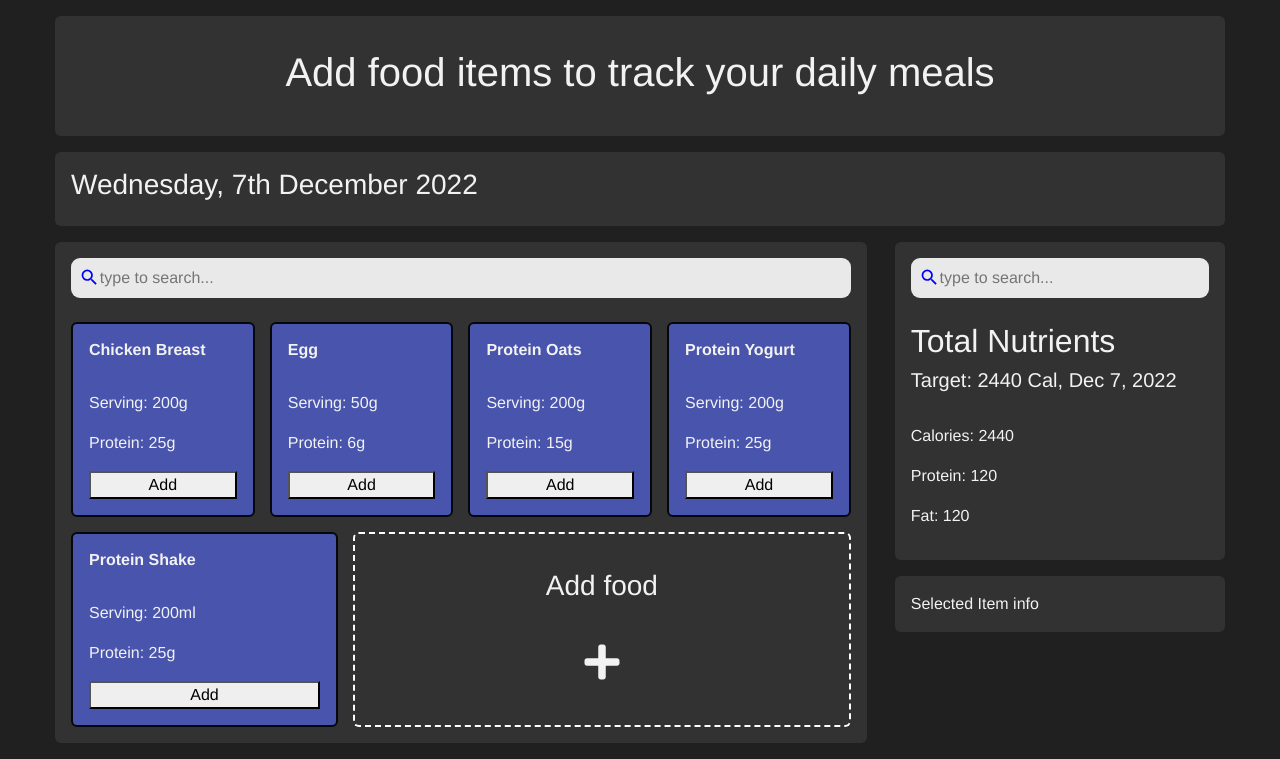
Repository: CEEPREL/NutritionTracker
Page: /
The author's editor kept a copy of each file at every save. The page is drawn from the files as they stood at one save, then again after the next save.
The browser window is 1280 px wide. The pictures show the whole page.
The project was rebuilt for these pictures with package versions that can differ from the ones it lists, and the page was loaded fresh each time. Also part of the build but not shown: vite.config.js.

Above is the page before, as saved 2022-12-08 19:09:40.

After the next save:
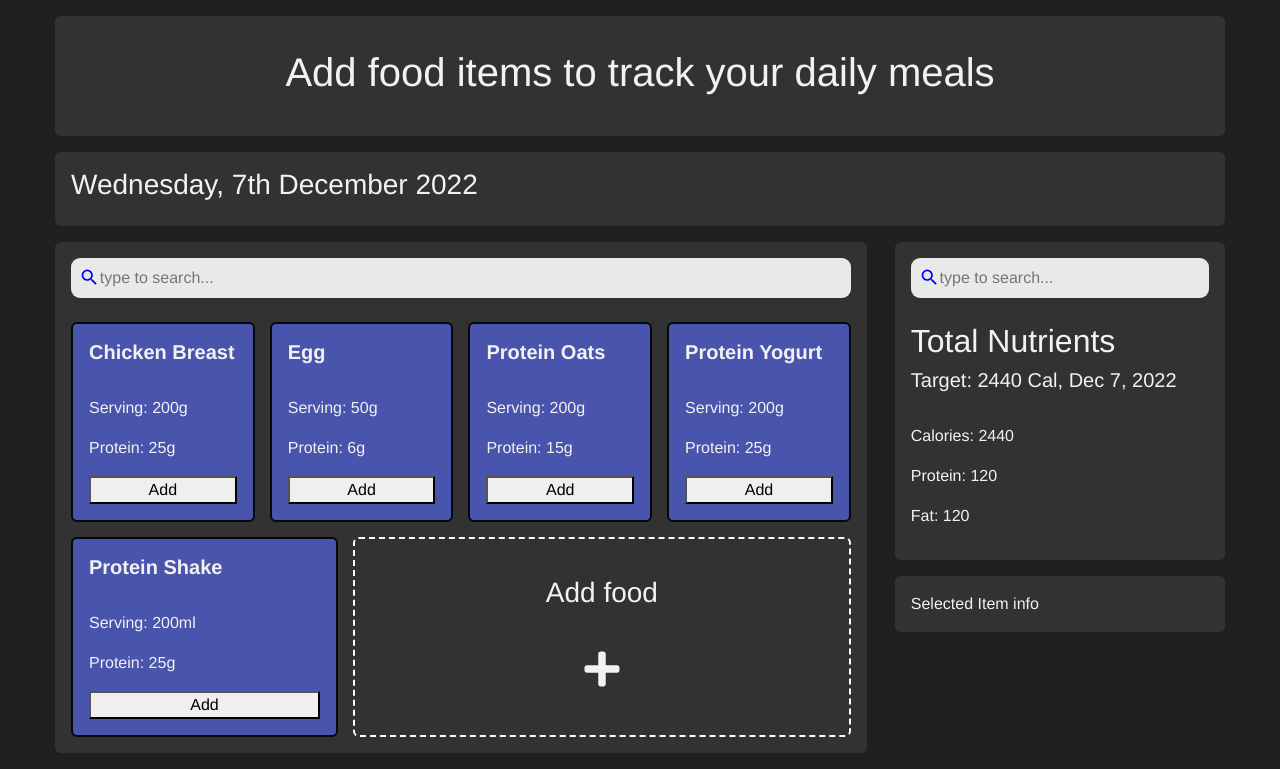
Saved 8 s later.
--- a/src/components/Food.js
+++ b/src/components/Food.js
@@ -4,7 +4,7 @@ const Food = ({ id, name, size, protein, image }) => {
     return (
         <div className="food-card">
 
-            <h6><strong>{name}</strong></h6>
+            <h5><strong>{name}</strong></h5>
             <br></br>
             {/* <img className="small" src={image} alt={name}></img> */}
             <div>
